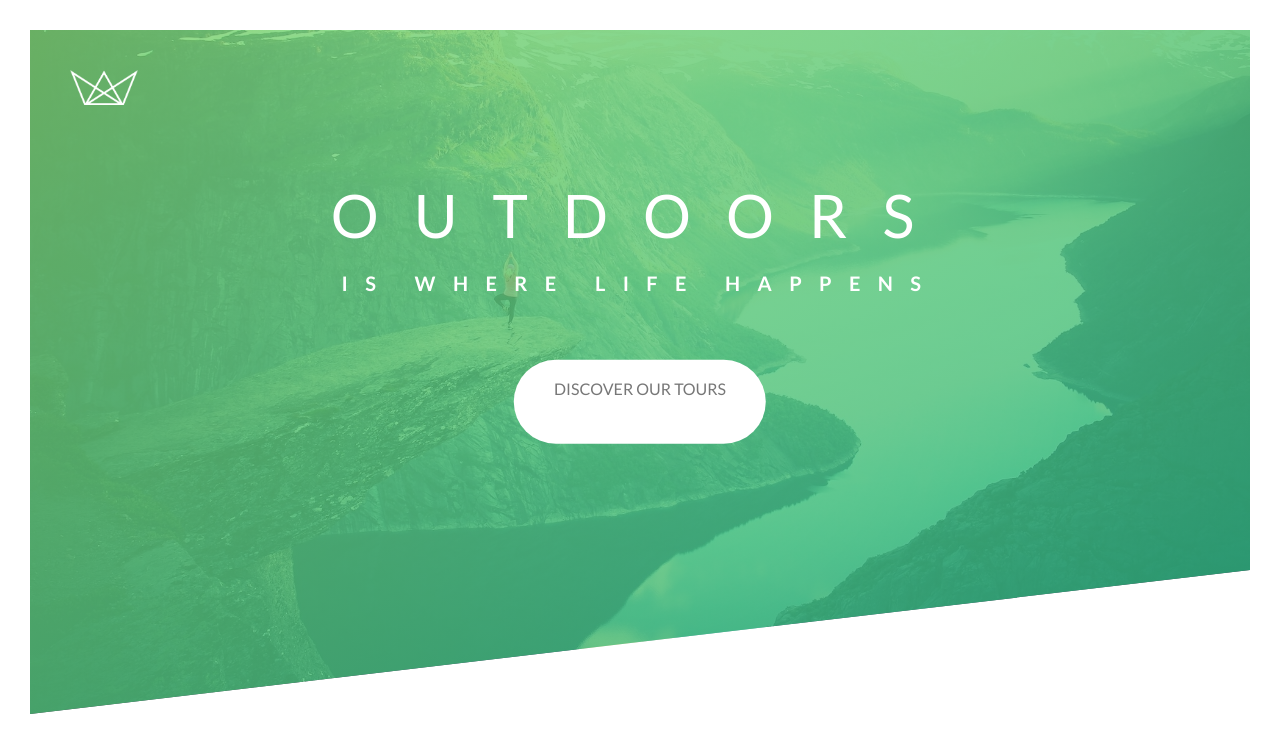
Repository: MalgorzataMazur/Natours
Page: index.html
The author's editor kept a copy of each file at every save. The page is drawn from the files as they stood at one save, then again after the next save.
The browser window is 1280 px wide. The pictures show the whole page.

Above is the page before, as saved 2020-01-13 00:40:29.

### index.html
<!DOCTYPE html>
<html lang="en">
<head>
    <meta charset="UTF-8">
    <meta name="viewport" content="width=device-width, initial-scale=1.0">
    <meta http-equiv="X-UA-Compatible" content="ie=edge">

    <link href="https://fonts.googleapis.com/css?family=Lato:100,300,400,700,900" rel="stylesheet">


    <link rel="stylesheet" href="css/style.css">
    <link rel="shortcut icon" type="image/png" href="img/favicon.png">

    <title>Natours | Exciting tours for adventurous people</title>
</head>
<body>
    <header class="header">  <!-- green field -->
        <div class="logo-box">
            <img src="img/logo-white.png" alt="Logo" class="logo">
        </div>

        <div class="text-box">
            <h1 class="heading-primary">
                <span class="heading-primary-main">Outdoors</span>
                <span class="heading-primary-sub">is where life happens</span>
            </h1>
            <a href="#" class="btn btn-white">Discover our tours</a>
        </div>

    </header>
</body>
</html>

### css/style.css
/*
COLORS:

Light green: #7ed56f
Medium green: #55c57a
Dark green: #28b485

*/

/* universal selector */    /* that is BASIC RESET! */
* {
    margin: 0;
    padding: 0;
    box-sizing: border-box;
}

body {
    font-family: "Lato", sans-serif;          /* FONT HERE IN BODY BECASUE IS USUALLY IHERITATED */
    font-weight: 400;
    font-size: 16px;
    line-height: 1.7;                       /* 1.7 x higher than earlier defined height of line */
    color: #777;
    padding: 30px;                          /* around all website white strap */
}

.header {
    height: 95vh;                          /* a#7ed56f, t the boottom left white strap 5% */
    background-image: linear-gradient(
        to right bottom,                     /* define gradient here linear, from wich side sholuld starts here in line gradienfrom the left top to the right, colours */
        rgba(126, 213, 111, 0.8),
        rgba(40, 180, 131, 0.8)),
        url(../img/hero.jpg);
    background-size: cover;
    background-position: top;
    position: relative;

    clip-path: polygon(0 0, 100% 0, 100% 75vh, 0 100%);  /* do wedge (kiln, wcięcie) just to clip from one side, w do polygon (wilokat) we move every single corner move clockwise x & y)  */

}

.logo-box {
    position: absolute;                    /* in the left corner */
    top: 40px;
    left: 40px;
}

.logo {
    height: 35px;;
}

.text-box {
    position: absolute;
    top: 40%;                          /* top&left they're in relation to the parent element  */
    left: 50%;
    transform: translate(-50%, -50%);         /*translation  is in relation to the elemnet itself; header promary I mean an element to be centered we have to shifted 50% of height and width of element not parent */
    text-align: center;                /* button at the center */
}

.heading-primary {
    color: #ffffff;
    text-transform: uppercase;

    backface-visibility: hidden;
    margin-bottom: 60px;                 /* a little bit like to the top, shaky and it is to fix it  */
}

.heading-primary-main {
    display: block;
    font-size: 60px;
    font-weight: 400;
    letter-spacing: 35px;

    animation-name: moveInLeft;               /*  for animation to woerk there're two only properties to specify aniamtion name and the anim ation duration */
    animation-duration: 1s;
    animation-timing-function: ease-out;       /* define how animation will proceed slow/fast; ease-out the anim will start faster and then will become slower by the end */


    /*animation-delay: 3s;*/              /* set a delay we can in animation */
    /*animation-iteration-count: 3; */          /* how many times animation should happens */

}

.heading-primary-sub {
    display: block;
    font-size: 20px;
    font-weight: 700;
    letter-spacing: 17.4px;
    animation: moveInRight 1s ease-out;

}

@keyframes moveInLeft {            /* ANIMATION we started from @keyframes and name of animation;NOW I can specify whnt I want to happen in each moment of time of the animation  */
    0% {                          /* initial state */
       opacity: 0;                         /* first we wanted to be visible so opacity 0 and in the end opacity 1; opacity is one of properties that we animated here and transform property second */
       transform: translateX(-100px);        /* the element comes in from the left side */
    }                                          /* rotate(180deg) */

    80% {
        transform: translateX(10px);        /* to the right side goes */
    }

    100% {                        /* final state */
        opacity: 1;                         /* first we wanted to be visible so opacity 0 and in the end opacity 1 */
        transform: translate(0);     /* it's gonna look exactly right now */
    }
}


@keyframes moveInRight {
       0% {
        opacity: 0;
        transform: translateX(100px);      /* moves to the right */
    }

    80% {
        transform: translateX(-10px);
    }

    100% {
        opacity: 1;
        transform: translate(0);
    }
}

.btn:link,
.btn:visited {
    text-transform: uppercase;
    text-decoration: none;
    padding: 15px 40px;
    display: inline-block;              /* if specufypadding, width, height of elemet thay sholud be display as a inline-block */
    border-radius: 100px;
    transition: all .2s;
}

.btn:hover {
    transform: translateY(-3px);                       /* element moves up */
    box-shadow: 0 10px 20px rgba(0, 0, 0,.2);                       /* move x, y, blur, color */
}

.btn:active {
    transform: translateY(-1px);
    box-shadow: 0 5px 10px rgba(0, 0, 0,.2)
}
.btn-white {
    background-color: #fff;
    color: #777;
}
.btn::after {                           /* pseudoelement is like a child of btn */
    content: "";
    display: inline-block;
    height: 100%;
    width: 100%;
    border-radius: 100px;
}

.btn-white::after {
    background-color: #fff;
}

After the next save:
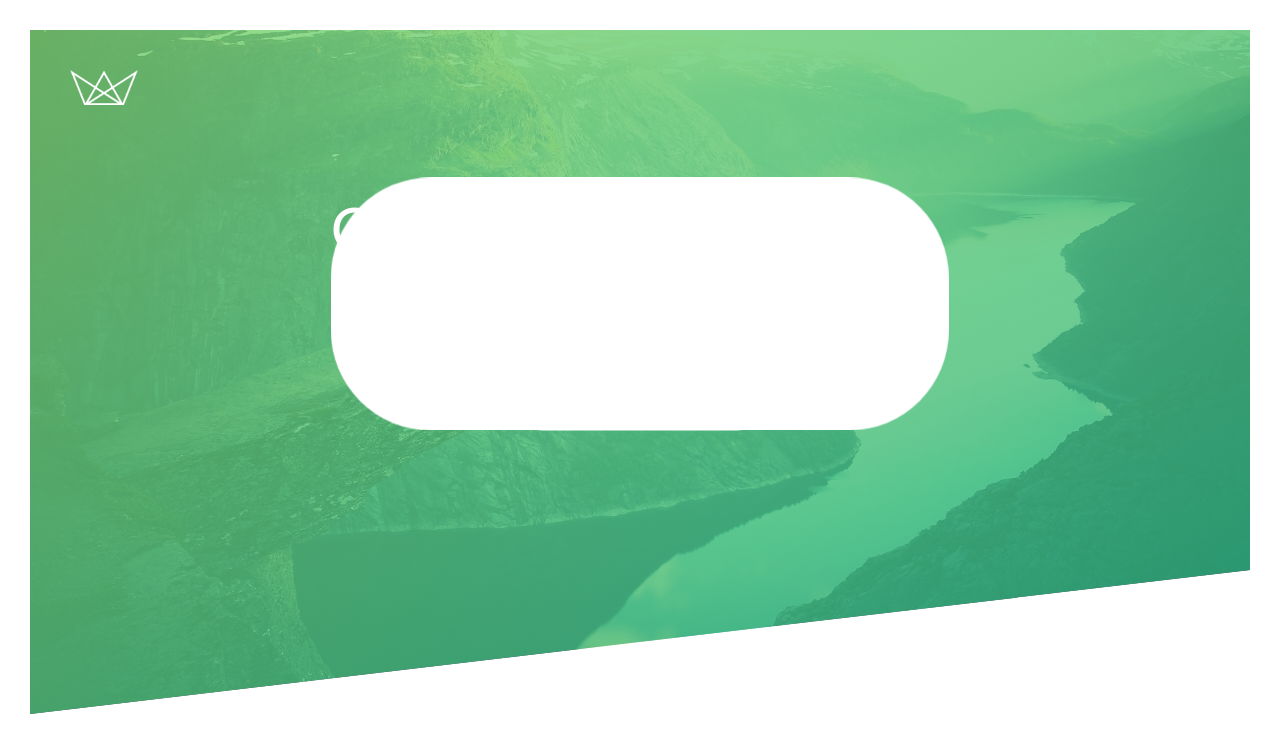
Saved 2 min 48 s later.
--- a/css/style.css
+++ b/css/style.css
@@ -130,6 +130,7 @@ body {
     display: inline-block;              /* if specufypadding, width, height of elemet thay sholud be display as a inline-block */
     border-radius: 100px;
     transition: all .2s;
+    /* position: relative; */
 }
 
 .btn:hover {
@@ -151,6 +152,10 @@ body {
     height: 100%;
     width: 100%;
     border-radius: 100px;
+    position: absolute;               /* behind actual btn we  use position abs */
+    top: 0;
+    left: 0;
+
 }
 
 .btn-white::after {
